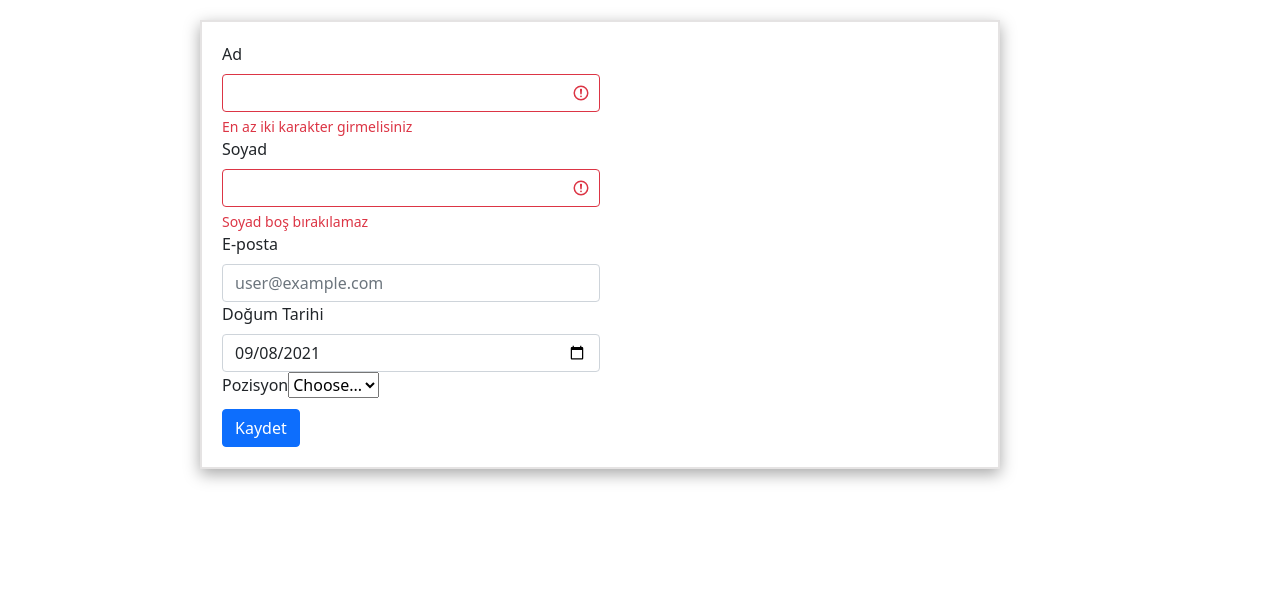
Repository: okankrdg/ReactCoreCRUD
Page: /employee/create (app in ReactCoreCRUD.Web/client/)
These files come from the project's save history. The page is drawn as it stood at one moment and after the next save; the edit follows.
The browser window is 1280 px wide. The pictures show the whole page.
The page's requests for data from a server got no answer. The project was rebuilt for these pictures with package versions that can differ from the ones it lists, and the page was loaded fresh each time. No one was signed in, and anything a server would have sent is missing. Also part of the build but not shown: ReactCoreCRUD.Web/client/src/pages/Employee/index.tsx, ReactCoreCRUD.Web/client/src/pages/Exception/index.tsx.

Above is the page before, as saved 2021-10-10 21:04:42.

### ReactCoreCRUD.Web/client/src/index.tsx
import React from "react";
import ReactDOM from "react-dom";
import "./index.css";
import App from "./App";
import { Router } from "react-router-dom";
import "./dist/bootstrap/bootstrap.min.css";
import history from "./history.js";
ReactDOM.render(
  <React.StrictMode>
    <Router history={history}>
      <App />
    </Router>
  </React.StrictMode>,
  document.getElementById("root")
);

### ReactCoreCRUD.Web/client/src/index.css
body {
  margin: 0;
  font-family: -apple-system, BlinkMacSystemFont, 'Segoe UI', 'Roboto', 'Oxygen',
    'Ubuntu', 'Cantarell', 'Fira Sans', 'Droid Sans', 'Helvetica Neue',
    sans-serif;
  -webkit-font-smoothing: antialiased;
  -moz-osx-font-smoothing: grayscale;
}

code {
  font-family: source-code-pro, Menlo, Monaco, Consolas, 'Courier New',
    monospace;
}
.employeeForm{
      padding: 20px;
      text-align: left;
      border: 2px solid #e5e3e3;
      box-shadow: 3px 3px 3px rgna(1,1,1,1);
      box-shadow: rgb(0 0 0 / 35%) 0px 5px 15px;

}
.App{
  text-align: center;
    display: flex;
    justify-content: center;
    max-width: 1200px;
    margin-top: 20px;
}
.employee-index{
  width: 80%;
  box-shadow: rgb(0 0 0 / 35%) 0px 5px 15px;
}

### ReactCoreCRUD.Web/client/src/App.tsx
import { Switch, Route } from "react-router-dom";
import CreateOrEdit from "./pages/Employee/createOrEdit";
import Index from "./pages/Employee";
import Exception from "./pages/Exception/index";
import "./App.css";

function App() {
  return (
    <div className="App">
      <Switch>
        <Route path="/employee/edit/:id" component={CreateOrEdit} />
        <Route path="/employee/create" component={CreateOrEdit} />
        <Route path="/employee/index" component={Index} />
        <Route path="/exception/type=:type" component={Exception} />
      </Switch>
    </div>
  );
}

export default App;

### ReactCoreCRUD.Web/client/src/pages/Employee/createOrEdit.tsx
import { useParams } from "react-router-dom";
import {
  EmployeeType,
  EmployeeDTO,
  employeeService,
} from "../../services/EmployeeService";
import { useEffect, useState } from "react";
const CreateOrEdit = () => {
  interface RouteParams {
    id: string;
  }
  interface EmployeeValidationState {
    firstName: boolean;
    lastName: boolean;
    birthDate: boolean;
    email: boolean;
    employeeTypeId: boolean;
  }
  const params = useParams<RouteParams>();

  const [employee, setEmployee] = useState<EmployeeDTO>({
    firstName: "",
    lastName: "",
    birthDate: new Date().toISOString().substring(0, 10),
    email: "",
    employeeTypeId: undefined,
  });
  const [employeeTypes, setEmployeeTypes] = useState<EmployeeType[]>([]);
  const [employeeValidation, setEmployeeValidation] =
    useState<EmployeeValidationState>({
      firstName: false,
      lastName: false,
      birthDate: false,
      email: false,
      employeeTypeId: false,
    });
  const setValid = () => {
    var validationState = employeeValidation;

    if (
      employee.firstName === "" ||
      employee.firstName == null ||
      employee.firstName?.length < 2
    ) {
      validationState.firstName = false;
    } else {
      validationState.firstName = true;
    }
    if (employee.lastName === "" || employee.lastName == null) {
      validationState.lastName = false;
    } else {
      validationState.lastName = true;
    }
    if (
      employee.email === "" ||
      employee.email == null ||
      /\S+@\S+\.\S+/.test(employee.email)
    ) {
      validationState.email = false;
    } else {
      validationState.email = true;
    }
    if (
      employee.employeeTypeId === undefined ||
      employee.employeeTypeId == null
    ) {
      validationState.employeeTypeId = false;
    } else {
      validationState.employeeTypeId = true;
    }
    setEmployeeValidation(validationState);
  };
  const isValidForm = () => {
    return (
      employeeValidation.firstName &&
      employeeValidation.lastName &&
      employee.email &&
      employee.employeeTypeId
    );
  };
  useEffect(() => {
    const idParam = parseInt(params.id);
    employeeService
      .getEmployeeTypes()
      .then((response) => {
        setEmployeeTypes(response.data);
      })
      .catch((e) => {
        console.log(e);
      });
    if (idParam) {
      employeeService
        .getById(idParam)
        .then((response) => {
          setEmployee(response.data);
          console.log(response.data);
        })
        .catch((e) => {
          console.log(e);
        });
    }
  }, [params.id]);
  const submitForm = () => {
    const idParam = parseInt(params.id);
    if (!idParam) {
      employeeService
        .create(employee)
        .then((response) => {
          console.log(response);
        })
        .catch((error) => {
          console.log(error.response);
        });
    } else {
      employeeService.update(employee, idParam).then((response) => {
        console.log(response);
      });
    }
  };
  return (
    <div className="employeeForm col-md-8">
      <div className="col-md-6">
        <label className="form-label">Ad</label>
        <input
          type="text"
          className={`form-control ${
            employeeValidation.firstName ? "is-valid" : "is-invalid"
          }`}
          id="name"
          required
          value={employee?.firstName}
          onChange={(e) =>
            setEmployee({ ...employee, firstName: e.target.value })
          }
        />
        {employeeValidation.firstName ? (
          ""
        ) : (
          <div className="invalid-feedback">
            En az iki karakter girmelisiniz
          </div>
        )}
      </div>
      <div className="col-md-6">
        <label className="form-label">Soyad</label>
        <input
          type="text"
          className={`form-control ${
            employeeValidation.lastName ? "is-valid" : "is-invalid"
          }`}
          id="name"
          value={employee?.lastName}
          onChange={(e) =>
            setEmployee({ ...employee, lastName: e.target.value })
          }
        />
        {employeeValidation.lastName ? (
          ""
        ) : (
          <div className="invalid-feedback">Soyad boş bırakılamaz</div>
        )}
      </div>
      <div className="col-md-6">
        <label className="form-label">E-posta</label>
        <input
          type="email"
          className="form-control"
          placeholder="user@example.com"
          id="email"
          required
          value={employee?.email}
          onChange={(e) => setEmployee({ ...employee, email: e.target.value })}
        />
        {employeeValidation.email ? (
          ""
        ) : (
          <div className="invalid-feedback">
            E-posta alanı boş ya da doğru biçimde değil
          </div>
        )}
      </div>
      <div className="col-6">
        <label className="form-label">Doğum Tarihi</label>
        <input
          type="date"
          className="form-control"
          id="birthDate"
          value={employee?.birthDate?.substring(0, 10)}
          onChange={(e) =>
            setEmployee({
              ...employee,
              birthDate: e.currentTarget.value,
            })
          }
        />
      </div>
      <div className="col-md-6">
        <label className="form-label">Pozisyon</label>
        <select
          id="inputState"
          value={employee?.employeeTypeId}
          onChange={(e) =>
            setEmployee({
              ...employee,
              employeeTypeId: parseInt(e.target.value),
            })
          }
        >
          <option value="">Choose...</option>
          {employeeTypes.map((et) => (
            <option key={et.id} value={et.id}>
              {et.name}
            </option>
          ))}
        </select>
      </div>
      <div className="col-12 pt-1">
        <button type="submit" onClick={submitForm} className="btn btn-primary">
          Kaydet
        </button>
      </div>
    </div>
  );
};
export default CreateOrEdit;

### ReactCoreCRUD.Web/client/src/services/EmployeeService.ts
import axios from "axios";
import history from "../history";

export interface EmployeeDTO {
  firstName: string;
  lastName: string;
  birthDate: string;
  email: string;
  employeeTypeId: number | undefined;
}
export interface EmployeeIndexDTO {
  id: number;
  firstName: string;
  lastName: string;
  age?: number;
  email: string;
  employeeTypeName: string;
}
export interface EmployeeType {
  id: string;
  name: string;
}
const baseUrl = `/api/`;
const http = axios.create({
  baseURL: baseUrl,
  headers: {
    "Content-type": "application/json",
  },
});

const getAll = () => {
  return http.get<EmployeeIndexDTO[]>("employee");
};
const getById = (id: number) => {
  console.log(id, "httpservice");
  return http.get<EmployeeDTO>(`employee?id=${id}`);
};
const create = (model: EmployeeDTO) => {
  return http.post<EmployeeDTO>("employee", model);
};
const update = (model: EmployeeDTO, id: number) => {
  return http.put("employee", { model: model, id: id });
};
const _delete = (id: number) => {
  return http.delete(`employee?${id}`);
};
const getEmployeeTypes = () => {
  return http.get<EmployeeType[]>("employeeTypes");
};
http.interceptors.response.use(
  (response) => {
    return response;
  },
  (error) => {
    if (!error.response || typeof error.response.data !== "object") {
      setTimeout(() => {}, 1000);
      return Promise.reject(error);
    }
    const { status, config, data } = error.response;
    console.log(status, config, data);
    if (config.method === "get") {
      if (status === 401) {
        history.push("/exception/type=401");
      } else if (status === 403) {
        history.push("/exception/type=403");
      } else if (status === 404) {
        history.push("/exception/type=404");
      } else if (status === 500) {
        history.push("/exception/type=500");
      }
    }
  }
);
export const employeeService = {
  getAll,
  getById,
  create,
  update,
  delete: _delete,
  getEmployeeTypes,
};

Loaded but not shown: ReactCoreCRUD.Web/client/public/index.html (common file); ReactCoreCRUD.Web/client/src/dist/bootstrap/bootstrap.min.css (library); ReactCoreCRUD.Web/client/src/history.js (common file); ReactCoreCRUD.Web/client/src/App.css (common file)

After the next save:
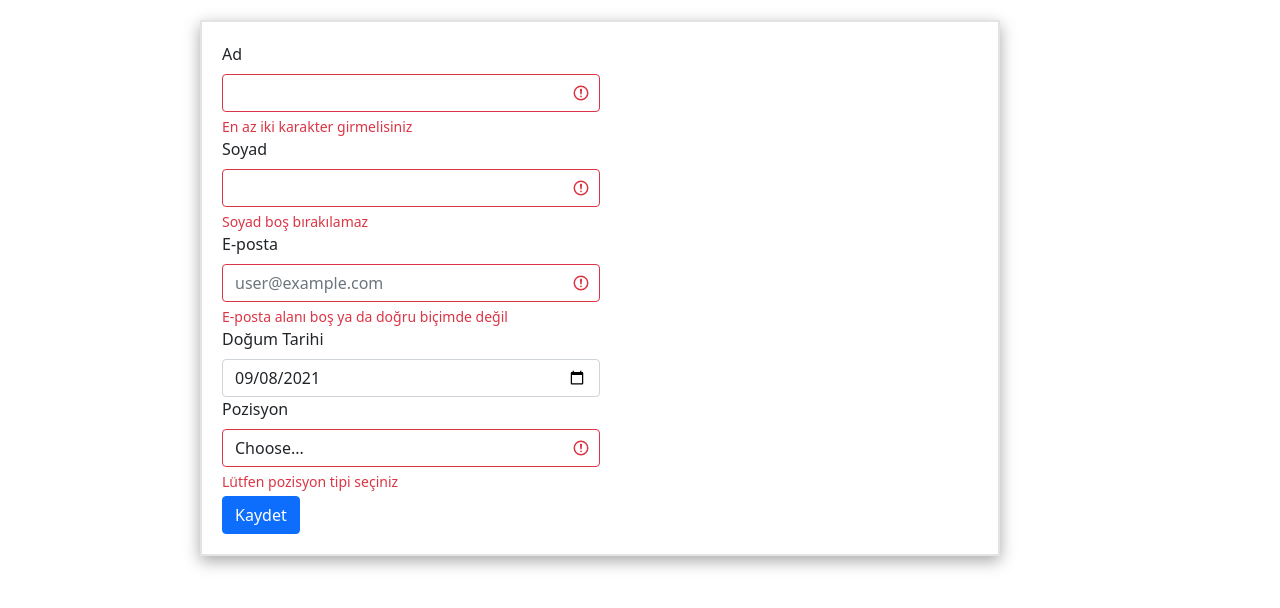
Saved 94 s later.
--- a/ReactCoreCRUD.Web/client/src/pages/Employee/createOrEdit.tsx
+++ b/ReactCoreCRUD.Web/client/src/pages/Employee/createOrEdit.tsx
@@ -164,7 +164,9 @@ const CreateOrEdit = () => {
         <label className="form-label">E-posta</label>
         <input
           type="email"
-          className="form-control"
+          className={`form-control ${
+            employeeValidation.email ? "is-valid" : "is-invalid"
+          }`}
           placeholder="user@example.com"
           id="email"
           required
@@ -198,6 +200,9 @@ const CreateOrEdit = () => {
         <label className="form-label">Pozisyon</label>
         <select
           id="inputState"
+          className={`form-control ${
+            employeeValidation.employeeTypeId ? "is-valid" : "is-invalid"
+          }`}
           value={employee?.employeeTypeId}
           onChange={(e) =>
             setEmployee({
@@ -213,6 +218,11 @@ const CreateOrEdit = () => {
             </option>
           ))}
         </select>
+        {employeeValidation.email ? (
+          ""
+        ) : (
+          <div className="invalid-feedback">Lütfen pozisyon tipi seçiniz</div>
+        )}
       </div>
       <div className="col-12 pt-1">
         <button type="submit" onClick={submitForm} className="btn btn-primary">
